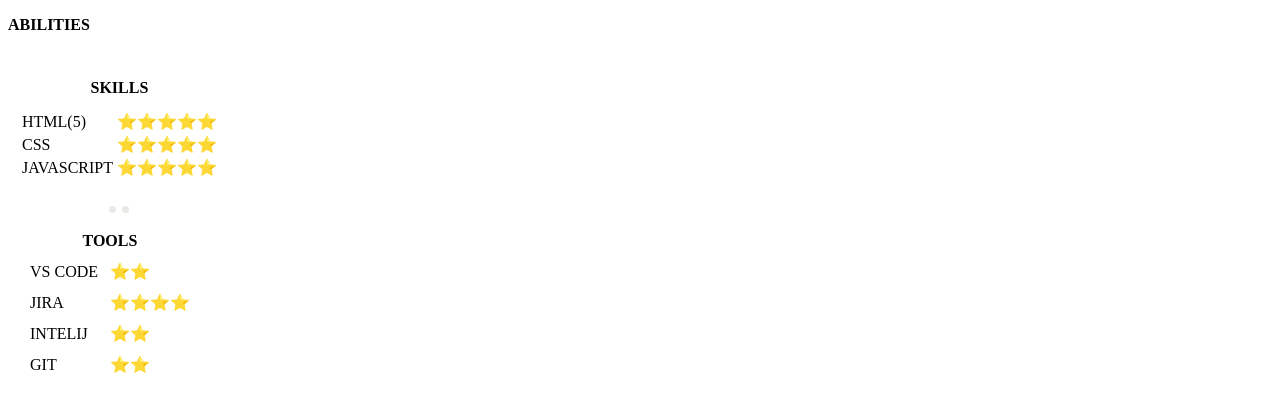
Repository: ew-code/Web-Development
Page: HTML - Personal Site/abilities.html
An editor plug-in stored every save of this project. The page is shown before and after a run of saves, followed by the edit.
The browser window is 1280 px wide. The pictures show the whole page.

Above is the page before, as saved 2021-01-06 22:13:38.

### HTML - Personal Site/abilities.html
<!DOCTYPE html>
<html lang="en">

<head>
  <meta charset="UTF-8">
  <meta name="viewport" content="width=device-width, initial-scale=1.0">
  <meta http-equiv="X-UA-Compatible" content="ie=edge">
  <title>Abilities</title>
  <link rel="stylesheet" href="css/styles.css">
</head>

<body>
  <p><strong>ABILITIES</strong></p>
  <br>

  <table cellspacing="10">
    <thead>
      <tr>
        <th colspan="2">SKILLS</th>
      </tr>
    </thead>
    <tr>
      <td>
        <table>
          <tr>
            <td>HTML(5)</td>
            <td>⭐⭐⭐⭐⭐</td>
          </tr>
          <tr>
            <td>CSS</td>
            <td>⭐⭐⭐⭐⭐</td>
          </tr>
          <tr>
            <td>JAVASCRIPT</td>
            <td>⭐⭐⭐⭐⭐</td>
          </tr>
        </table>

        <br>
      <hr>
        <table cellspacing="10">
          <thead>
            <tr>
              <th colspan="2">TOOLS</th>
            </tr>
          </thead>
          <tbody>
            <tr>
              <td>VS CODE</td>
              <td>⭐⭐</td>
            </tr>
            <tr>
              <td>JIRA</td>
              <td>⭐⭐⭐⭐</td>
            </tr>
            <tr>
              <td>INTELIJ</td>
              <td>⭐⭐</td>
            </tr>
            <tr>
              <td>GIT</td>
              <td>⭐⭐</td>
            </tr>
          </tbody>
        </table>

</body>

</html>

### HTML - Personal Site/css/styles.css
  body {
      background-color: white;
  }

  hr {
      border-style: none;
      border-top-style: dotted;
      border-color: #e8eae6;
      border-width: 7px;
      width: 10%;
  }
  h1 {
      color: #2F89FC;
  }

  h3{
    color: #2F89FC;
  }

After the next 3 saves:
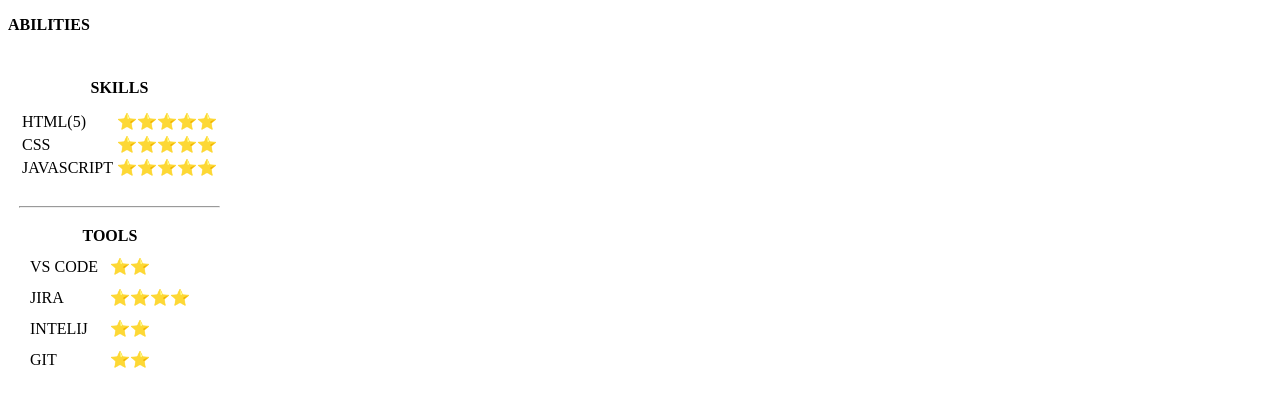
The 3 saves are shown as one change because they came seconds apart.
The last was saved 2 min 19 s later.
--- a/HTML - Personal Site/css/styles.css
+++ b/HTML - Personal Site/css/styles.css
@@ -2,6 +2,12 @@
       background-color: white;
   }
 
+h1 {
+    color: #2F89FC;
+}
+
+h3 {
+    color: #2F89FC;
   hr {
       border-style: none;
       border-top-style: dotted;
@@ -9,10 +15,10 @@
       border-width: 7px;
       width: 10%;
   }
-  h1 {
-      color: #2F89FC;
+
+
+
+
+
+
   }
-
-  h3{
-    color: #2F89FC;
-  }

After the 2 saves that followed:
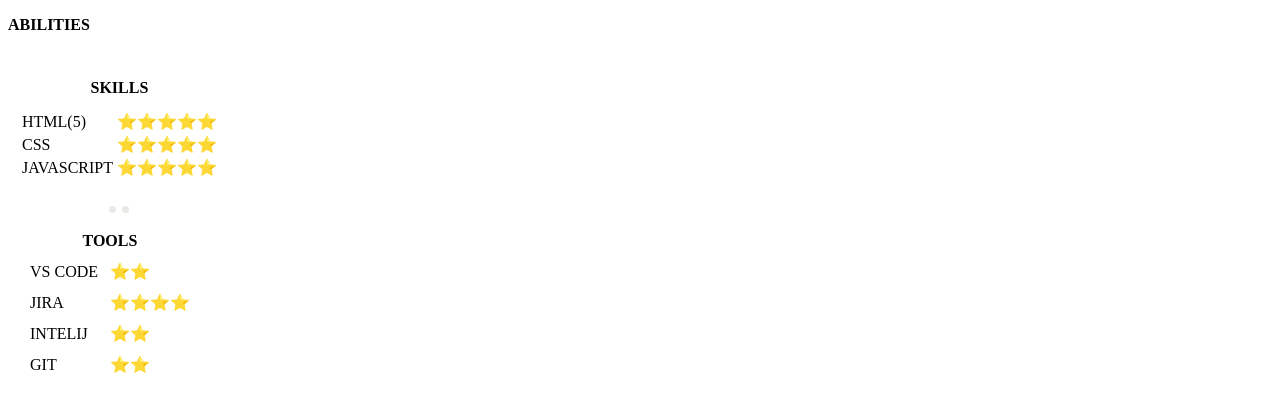
The 2 saves are shown as one change because they came seconds apart.
The last was saved 5 s later.
--- a/HTML - Personal Site/css/styles.css
+++ b/HTML - Personal Site/css/styles.css
@@ -8,6 +8,7 @@
 
 h3 {
     color: #2F89FC;
+}
   hr {
       border-style: none;
       border-top-style: dotted;
